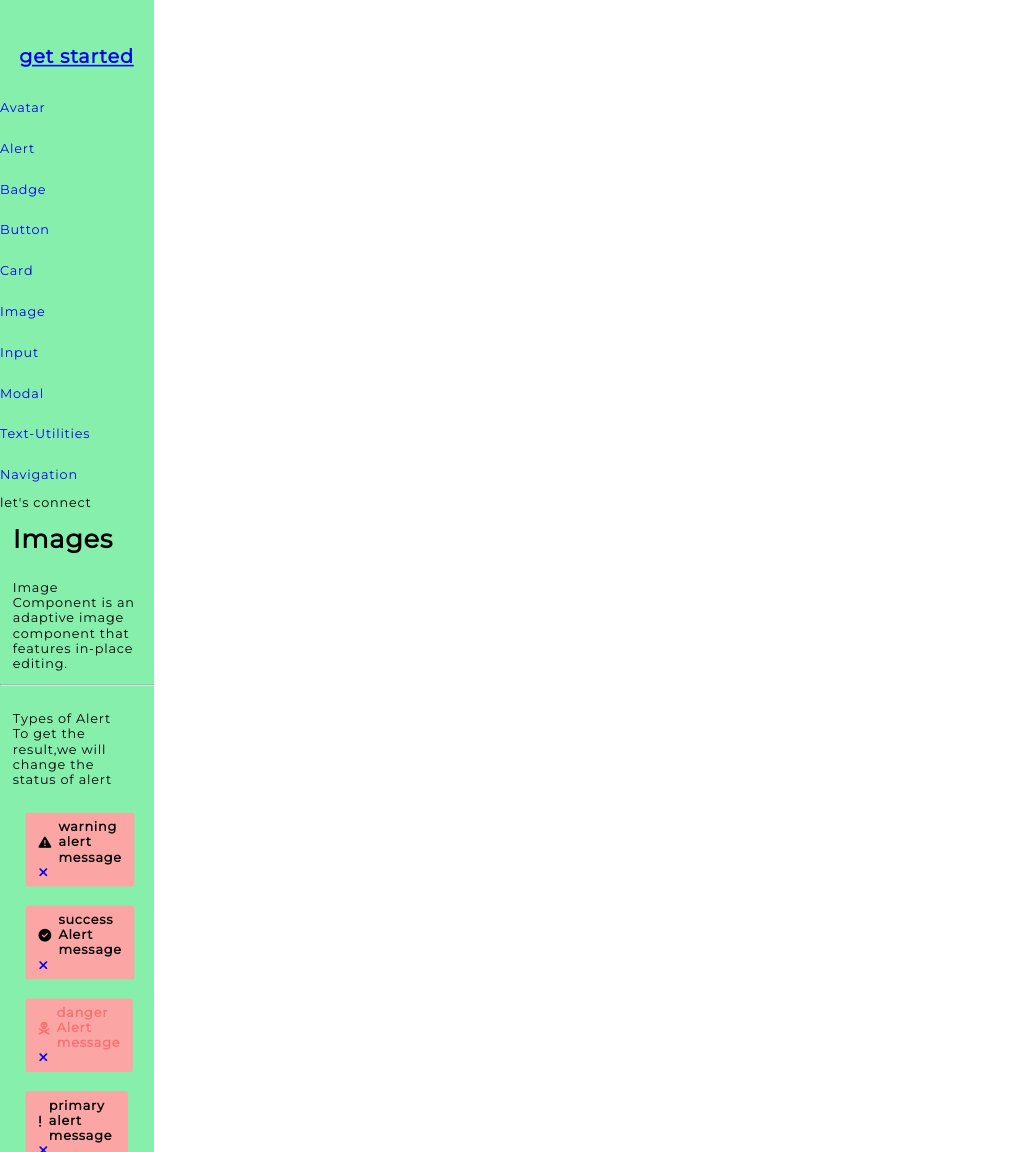
Repository: Anasooya2601/Components_UI
Page: components/Images/Images.html
The author's editor kept a copy of each file at every save. The page is drawn from the files as they stood at one save, then again after the next save.
The browser window is 1280 px wide. The pictures show the whole page, at 80% of full size.
Pictures or frames that could not be fetched are drawn as grey boxes. Some web libraries are served in a nearby version.

Above is the page before, as saved 2022-02-12 15:55:22.
Not found: components/
Not found: components/Avatar/index.css

### components/Images/Images.html
<!DOCTYPE html>
<html lang="en">
<head>
    <meta charset="UTF-8">
    <meta http-equiv="X-UA-Compatible" content="IE=edge">
    <meta name="viewport" content="width=device-width, initial-scale=1.0">
    <title>Images</title>
    <link rel="stylesheet" href="../comp.css">
    <link rel="stylesheet" href="https://cdnjs.cloudflare.com/ajax/libs/font-awesome/4.7.0/css/font-awesome.min.css">
    <script src="https://kit.fontawesome.com/e70e2d0aa4.js" crossorigin="anonymous"></script>
</head>
<body>
    <div class="main-container">
        <div class="navbar-wrapper">

            <div class="nav">
                <div class="navbar-header">
                <div class="logo">
                    <a href="/index.html"></a>
                 </div>
                </div>
            </div>

        <!-- topics -->
        <a href="/main/main.html" class="text">get started</a>
        <div class="navbar-main">
            <a href="/components/Avatar/index.html">Avatar</a>
            <a href="/components/Alert/alert.html">Alert</a>
            <a href="/components/Badge/badge.html">Badge</a>
            <a href="/components/Button/button.html">Button</a>
             <a href="/components/Card/card.html">Card</a>
             <a href="/components/Image/image.html">Image</a>
             <a href="/components/Input/input.html">Input</a>
            <a href="/components/Modal/modal">Modal</a>
            <a href="/components//TextUtilities/textutilities">Text-Utilities</a>
            <a href="/components/Navigation/navigation">Navigation</a>
        </div>
        <!-- footer -->
        <div class="footer">
            <div class="footer-text">
                <p>let's connect</p>
            </div>
        </div>
        <!-- images -->
        <div class="header">
            <div class="section-header">
                <div>
                    <h1 class="text-header">Images</h1>
                        <p class="para">
                            Image Component is an adaptive image component that features in-place editing.
                        </p>
                  <hr>

                </div>
            </div>
            <div class="section-main">

    <div class="section-info">Types of Alert
    <p>To get the result,we will change the status of alert</p>
    <div class="alert-main">
        <div class="alert alert-warning">
            <div class="alert-msg">
                <i class="fas fa-exclamation-triangle"></i>
                <h4>warning alert message</h4>
            </div>
            <a href="alert-close-btn"><i class="fas fa-times"></i></a>
        </div>
        <div class="alert alert-success">
            <div class="alert-msg">
                <i class="fas fa-check-circle"></i>
                <h4>success Alert message</h4>
            </div>
            <a href="alert-close-btn"><i class="fas fa-times"></i></a>
        </div>
        <div class="alert alert-danger">
            <div class="alert-msg">
                <i class="fas fa-skull-crossbones"></i>
                <h4>danger Alert message</h4>
            </div>
            <a href="alert-close-btn"><i class="fas fa-times"></i></a>
        </div>

        <div class="alert alert-primary">
            <div class="alert-msg">

                <i class="fas fa-exclamation"></i>
                <h4>primary alert message</h4>
            </div>
            <a href="alert-close-btn"><i class="fas fa-times"></i></a>
        </div>
                </div>
            </div>
        </div>
        <div class="code">
            <iframe
            src="https://carbon.now.sh/embed?bg=rgba%28171%2C+184%2C+195%2C+1%29&t=material&wt=none&l=javascript&width=660&ds=true&dsyoff=20px&dsblur=68px&wc=true&wa=false&pv=56px&ph=56px&ln=true&fl=1&fm=Hack&fs=11px&lh=114%25&si=false&es=2x&wm=false&code=%253Cdiv%2520class%253D%2522alert-info%2522%253ETypes%2520of%2520Alert%250A%253Cp%253ETo%2520get%2520the%2520result%252Cwe%2520will%2520change%2520the%2520status%2520of%2520alert%253C%252Fp%253E%250A%253Cdiv%2520class%253D%2522alert-main%2522%253E%250A%2520%2520%2520%2520%253Cdiv%2520class%253D%2522alert%2520alert-warning%2522%253E%250A%2520%2520%2520%2520%2520%2520%2520%2520%253Cdiv%2520class%253D%2522alert-msg%2522%253E%250A%2520%2520%2520%2520%2520%2520%2520%2520%2520%2520%2520%2520%253Ci%2520class%253D%2522fas%2520fa-exclamation-triangle%2522%253E%253C%252Fi%253E%250A%2520%2520%2520%2520%2520%2520%2520%2520%2520%2520%2520%2520%253Ch4%253Ewarning%2520alert%2520message%253C%252Fh4%253E%250A%2520%2520%2520%2520%2520%2520%2520%2520%253C%252Fdiv%253E%250A%2520%2520%2520%2520%2520%2520%2520%2520%253Ca%2520href%253D%2522alert-close-btn%2522%253E%253Ci%2520class%253D%2522fas%2520fa-times%2522%253E%253C%252Fi%253E%253C%252Fa%253E%250A%2520%2520%2520%2520%253C%252Fdiv%253E%250A%2520%2520%2520%2520%253Cdiv%2520class%253D%2522alert%2520alert-success%2522%253E%250A%2520%2520%2520%2520%2520%2520%2520%2520%253Cdiv%2520class%253D%2522alert-msg%2522%253E%250A%2520%2520%2520%2520%2520%2520%2520%2520%2520%2520%2520%2520%253Ci%2520class%253D%2522fas%2520fa-check-circle%2522%253E%253C%252Fi%253E%250A%2520%2520%2520%2520%2520%2520%2520%2520%2520%2520%2520%2520%253Ch4%253Esuccess%2520Alert%2520message%253C%252Fh4%253E%250A%2520%2520%2520%2520%2520%2520%2520%2520%253C%252Fdiv%253E%250A%2520%2520%2520%2520%2520%2520%2520%2520%253Ca%2520href%253D%2522alert-close-btn%2522%253E%253Ci%2520class%253D%2522fas%2520fa-times%2522%253E%253C%252Fi%253E%253C%252Fa%253E%250A%2520%2520%2520%2520%253C%252Fdiv%253E%250A%2520%2520%2520%2520%253Cdiv%2520class%253D%2522alert%2520alert-danger%2522%253E%250A%2520%2520%2520%2520%2520%2520%2520%2520%253Cdiv%2520class%253D%2522alert-danger%2522%253E%250A%2520%2520%2520%2520%2520%2520%2520%2520%2520%2520%2520%2520%253Ci%2520class%253D%2522fas%2520fa-skull-crossbones%2522%253E%253C%252Fi%253E%250A%2520%2520%2520%2520%2520%2520%2520%2520%2520%2520%2520%2520%253Ch4%253Edanger%2520Alert%2520message%253C%252Fh4%253E%250A%2520%2520%2520%2520%2520%2520%2520%2520%253C%252Fdiv%253E%250A%2520%2520%2520%2520%2520%2520%2520%2520%253Ca%2520href%253D%2522alert-close-btn%2522%253E%253Ci%2520class%253D%2522fas%2520fa-times%2522%253E%253C%252Fi%253E%253C%252Fa%253E%250A%2520%2520%2520%2520%253C%252Fdiv%253E%250A%250A%2520%2520%2520%2520%253Cdiv%2520class%253D%2522alert%2520alert-primary%2522%253E%250A%2520%2520%2520%2520%2520%2520%2520%2520%253Cdiv%2520class%253D%2522alert-msg%2522%253E%250A%2520%2520%2520%2520%2520%2520%2520%2520%2520%2520%2520%2520%250A%2520%2520%2520%2520%2520%2520%2520%2520%2520%2520%2520%2520%253Ci%2520class%253D%2522fas%2520fa-exclamation%2522%253E%253C%252Fi%253E%250A%2520%2520%2520%2520%2520%2520%2520%2520%2520%2520%2520%2520%253Ch4%253Eprimary%2520alert%2520message%253C%252Fh4%253E%250A%2520%2520%2520%2520%2520%2520%2520%2520%253C%252Fdiv%253E%250A%2520%2520%2520%2520%2520%2520%2520%2520%253Ca%2520href%253D%2522alert-close-btn%2522%253E%253Ci%2520class%253D%2522fas%2520fa-times%2522%253E%253C%252Fi%253E%253C%252Fa%253E%250A%2520%2520%2520%2520%253C%252Fdiv%253E%250A%2520%2520%2520%2520%2520%2520%2520%2520%2520%2520%2520%2520%253C%252Fdiv%253E%250A%2520%2520%2520%2520%2520%2520%2520%2520%253C%252Fdiv%253E%250A%2520%2520%2520%2520%253C%252Fdiv%253E1.2.1%2526ixid%253DMnwxMjA3fDB8MHxwaG90by1wYWdlfHx8fGVufDB8fHx8%2526auto%253Dformat%2526fit%253Dcrop%2526w%253D774%2526q%253D80%2522%253E"
            style="width: 660px; height: 663px; border:0; transform: scale(1); overflow:hidden;"
            sandbox="allow-scripts allow-same-origin">
          </iframe>

        </div>
        </div>
        </div>
</body>
</html>

### components/comp.css
@import "./Alert/alert.css";
@import "./Avatar/index.css";
@import "./Button/button.css";
@import "../main/main.css";
@import"./Badge/Badge.css";
@import"./";
@import"./";
@import"";
@import"";

### components/Alert/Alert.css
.alert-main{
    display: flex;
    flex-wrap: wrap;
    justify-content: space-around;
    gap: 1.5rem;
    margin-top: 1rem;
    border-radius: 0.6rem;
    padding: 1rem;

}
.alert{
    display: flex;
    flex-wrap: wrap;
    justify-content: space-between;
    width: 26rem;
    align-items: center;
    border-radius: 0.2rem;
    padding: 0.5rem 1rem;
}
.alert-msg{
    display: flex;
    align-items: center;
    gap: 0.5rem;

}
.alert-danger{
    background-color: var(--main);
    color: var(--red);

}
.alert-warning{
    background-color: var(--main);

}
.alert-success{
    background-color: var(--main);

}
.alert-primary{
    background-color: var(--main);

}
.alert-close-btn{
    font-size: 1.5rem;
}

### components/Button/button.css
@import url('https://fonts.googleapis.com/css2?family=Montserrat:ital@1&family=Roboto:ital,wght@0,400;1,300&family=Space+Grotesk:wght@700&display=swap');
.main-text{
    margin: 2rem 0;
}

.btn-container{
display: flex;
flex-wrap: wrap;
margin-top: 1.5rem;
gap: 1rem;
align-items: center;


}

.btn {
border:none;
background-color: none;
outline: none;
padding: 0.5rem 1rem;
border: 5px;
border-radius: 5px;
font-size: 1.1rem;
cursor: pointer;
color: #0e9aeb;
font-family: 'Gill Sans', 'Gill Sans MT', Calibri, 'Trebuchet MS', sans-serif;
}

.primary{
    background-color:#fbbf24 ;

}
.secondary{
    background-color: #fca5a5;
}
.danger{
    background-color: #bef264;
}
.success{
    background-color: #0369a1;
}
.warning{
    background-color: #ded48f;
}

/* outlined-button */
.outlined-sub{
    margin-top: 1.5rem;
}
.outlined-btn{
border-radius: 8px;
font-size: 1.1rem;
letter-spacing: 1px;
color:#0369a1;
background-color: white;
cursor: pointer;
padding: 0.5rem;
gap: 1rem;
}
.outlined-primary{
    border: 0.5px solid #0369a1;
}
.outlined-secondary{
    border: 0.5px solid #0369a1;
}
.outlined-warning{
    border: 0.5px solid #0369a1;
}
.outlined-attention{
    border: 0.5px solid #0369a1;
}
.btn-icon{
background-color: white;
cursor: pointer;
}
/* icon-btn */


/* floating-btn */
.btn-float{
    color: white;
    background-color: #0e9aeb;
    padding: 0.6rem 1rem;
    box-shadow: #ded48f 0px 8px 16px;
}

### main/main.css
@import url('https://fonts.googleapis.com/css2?family=Montserrat&display=swap');
*{
    margin: 0;
    padding: 0;
    box-sizing: border-box;
}

body{
    letter-spacing: 1px;
}

/* color variable */
:root{
    font-family: 'Montserrat', sans-serif;
    font-weight: 400;
    --main:#fca5a5;
    --green:#86efac;
    --red:#f87171;
    --dark-red:#f72121;
    --gray:#7d8693;
    --dark-green:#116a31;
}

/* logo */
.logo{
    display: flex;
    justify-content: center;
}

.logo a{
    color: var(--main-color);
    font-size: 2.5rem;
    display: flex;
    align-items: flex-end;
}




.main-container{
    display: flex;
}

.text{
    font-size: 1.5rem;
    margin: 1.5rem;
    font-weight: bold;
}
/* navbar */
.navbar-wrapper{
    width: 15%;
    height: 200vh;
    font-size: 1rem;
    flex-direction: column;
    overflow-y: scroll;
display: flex;
flex-shrink: 0;
background-color: var(--green);
transition: 0.3s all ease-in;
}
.nav{
    display: flex;
    flex-direction: column;
}
.navbar-main{
    display: flex;
    flex-direction: column;
}
.navbar-main a{
  border-radius: 40px;
  padding: 1rem 0rem 1rem 0rem;
  letter-spacing: 1px;
  transition: 0.3s all ease-in-out;
  text-decoration: none;
}
.navbar-header{
    border-bottom: var(--main-color);
    padding: 1rem;
}
hr{
    width:250%;
    text-align:left;
    margin-left:0;
    }
    .code{
        display: flex;
        margin-top: 2rem;
        margin-bottom: 4rem;
        justify-content: center;
        width: 100%;
        height: auto;
    }
.section-info{
    margin-top: 1rem;
    margin-bottom: 1rem;
    padding: 1rem;
}
.para{
    padding: 1rem;
}
.text-header{
    padding: 1rem;
}

### components/Badge/Badge.css
.badge-container{
    display: flex;
    flex-wrap: wrap;
    justify-content: space-evenly;
    gap: 1rem;
    background-color: var(--main);
    border-radius: 0.5rem;
    margin-top: 1rem;
    padding: 1rem;
}
.badge{
    display: flex;
    flex-wrap: wrap;
    padding: 0.5rem 1rem 0.5rem 1rem;
    border-radius: 0.5rem;
    position: relative;
    cursor: pointer;
    justify-content: space-between;
    align-items: center;
}
.notification{
    background-color: var(--dark-red);
    padding: 0.2rem 0.5rem;
    color: #fff;
    border-radius: 50%;
    position: absolute;
    top: 0.2rem;
    right: 0.6rem;
 height: 1.5rem;
min-height: 1.5rem;
}
span{
    top: 2.5rem;
}

.badge-online,.badge-offline{
    position: absolute;
    bottom: 16px;
    right: 12px;
    padding: 0.5rem;
    border-radius: 40%;
    border: 2px solid var(--main);
    height: 0.8rem;
    min-height: 0.8rem;


}
.avatar{
    border-radius: 50%;
}
.md{
    height: 4rem;
    width: 4rem;
}
.badge-online{
    background-color: var(--dark-green);
}
.badge-offline{
    background-color: var(--gray);
}

After the next save:
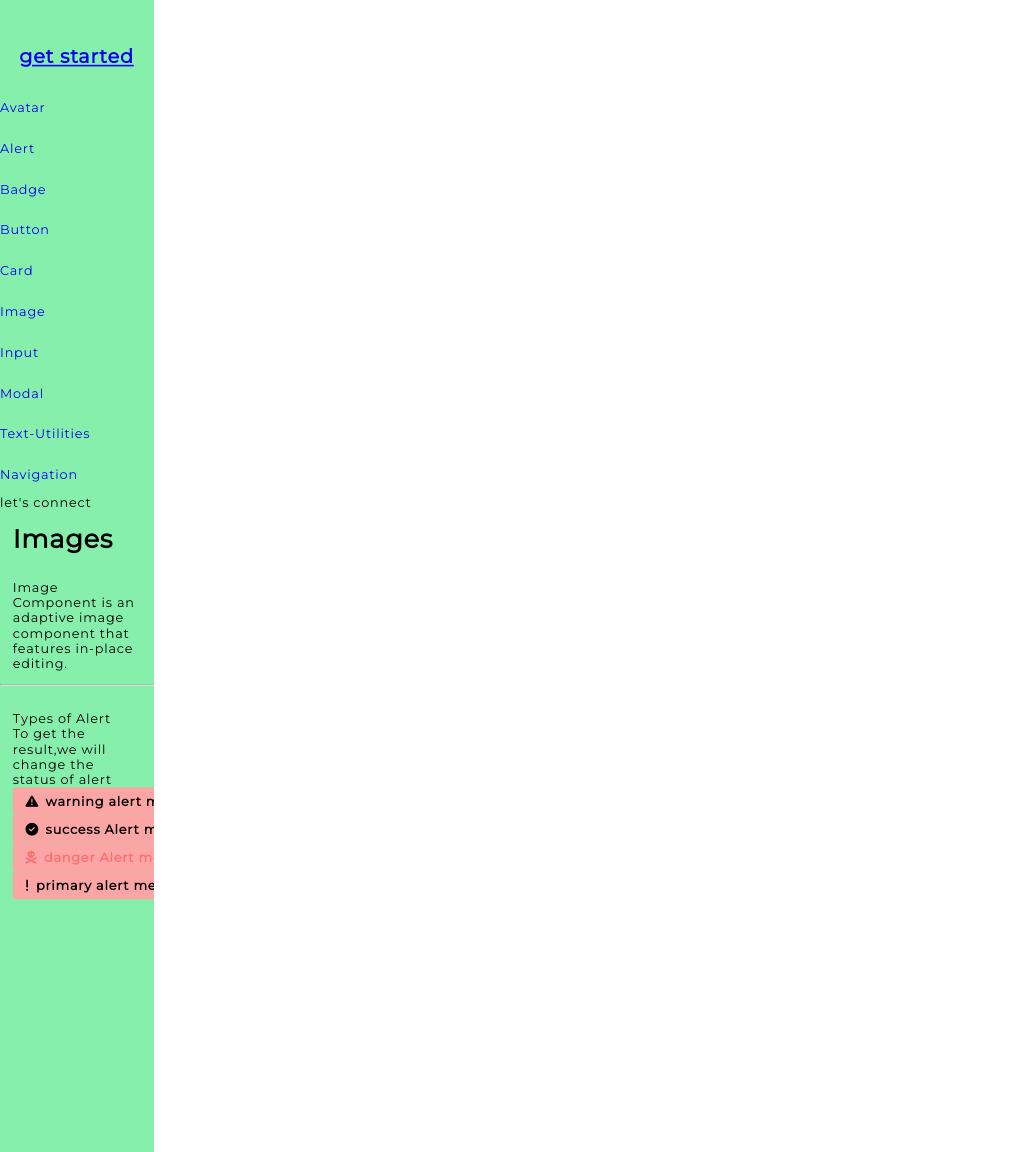
Saved 29 s later.
--- a/components/Images/Images.html
+++ b/components/Images/Images.html
@@ -57,7 +57,7 @@
 
     <div class="section-info">Types of Alert
     <p>To get the result,we will change the status of alert</p>
-    <div class="alert-main">
+    <div class="image-main">
         <div class="alert alert-warning">
             <div class="alert-msg">
                 <i class="fas fa-exclamation-triangle"></i>
